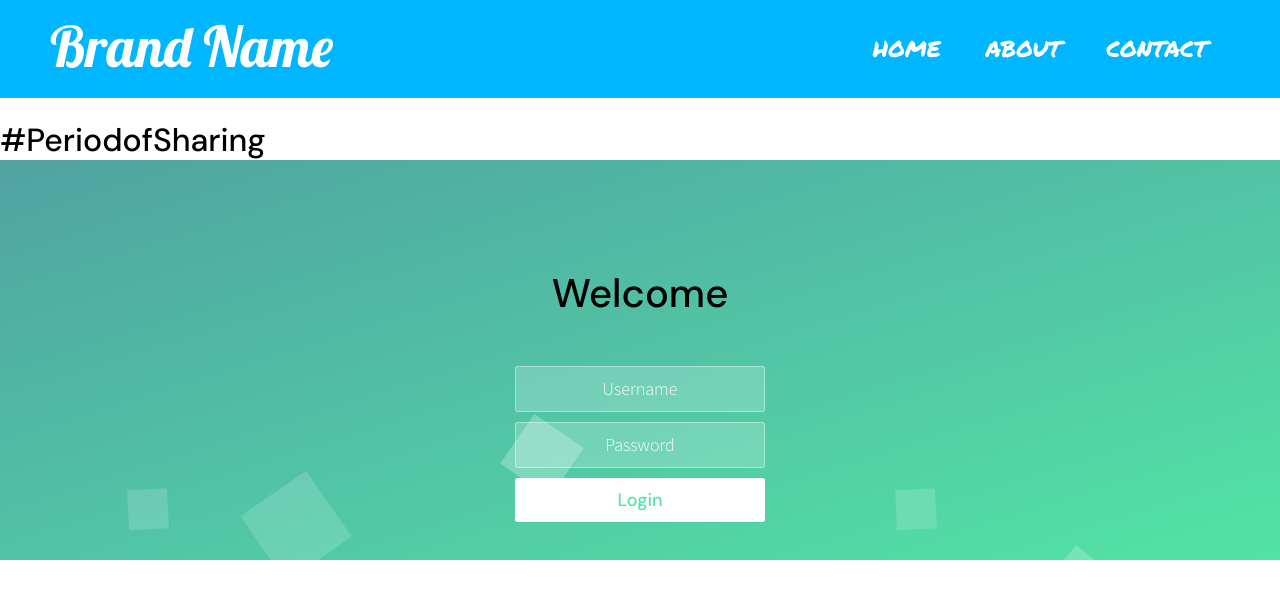
Repository: Jrap-bit/PeriodofSharing
Page: index.html
An editor plug-in stored every save of this project. The page is shown before and after the next save, followed by the edit.
The browser window is 1280 px wide. The pictures show the whole page.

Above is the page before, as saved 2022-01-13 23:56:57.

### index.html
<!DOCTYPE html>
<html lang="en">
  <head>
    <meta charset="UTF-8" />
    <meta http-equiv="X-UA-Compatible" content="IE=edge" />
    <meta name="viewport" content="width=device-width, initial-scale=1.0" />
    <link rel="stylesheet" href="style.css" />
    <title>#PeriodofSharing</title>
  </head>
  <body>
    <nav class="navbar">
      <div class="brand-title">Brand Name</div>
      <a href="#" class="toggle-button">
        <span class="bar"></span>
        <span class="bar"></span>
        <span class="bar"></span>
      </a>
      <div class="navbar-links">
        <ul>
          <li><a href="#Home">HOME</a></li>
          <li><a href="#About">ABOUT</a></li>
          <li><a href="#Contact">CONTACT</a></li>
        </ul>
      </div>
    </nav>
    <div id="Home" class="home">
      <h1>#PeriodofSharing</h1>
      <p>
        For every 30 Rupees that you donate, we will purchase one packet of sofy
        sanitary napkins that contain 8 pads. This packet of sanitary napkins
        will be distributed for free to girls in Govt. schools, slums,
        orphanages in the age group of 12 to 20.
      </p>
      <div>
        <button class="donate-button" href="Donate.html">Donate</button>
      </div>
    </div>
    <div id="About" class="about">
      <p>
        At any given time, girls across India cannot afford sanitary napkins.
        Instead they use cloth, grass, newspapers and other unhygienic materials
        that increase their risk of contracting infections. It is estimated that
        over 80% of all women in India do not have access to sanitary products
        during menstruation.
      </p>
      <p>
        Female menstruation is still considered a social taboo and as such, 9
        out of 10 girls are unaware of their menstrual cycles. The ones who are
        aware of it are not open to talking about it.
      </p>
      <p>
        Those who purchase their own sanitary products are all too familiar with
        their products being wrapped in paper to “shield” the public from any
        knowledge of the existence of a period.
      </p>
      <p>
        Our mission is to raise awareness on gender issues and bring it out in
        the open. Through our programs, we teach young girls that their
        menstrual cycles are natural, a sign of good reproductive health and is
        something they have in common with girls in countries worldwide!
        Furthermore, we hold sessions with the mothers of the girls to bring the
        topic of menstruation out into the open, allow them to ask questions and
        look at menstruation for the natural and healthy process it is.
      </p>
    </div>
    <div class = "contact" id = "Contact">
        <div class="wrapper">
            <div class="container">
                <h1>Welcome</h1>

                <form class="form">
                    <input type="text" placeholder="Username">
                    <input type="password" placeholder="Password">
                    <button type="submit" id="login-button">Login</button>
                </form>
            </div>

            <ul class="bg-bubbles">
                <li></li>
                <li></li>
                <li></li>
                <li></li>
                <li></li>
                <li></li>
                <li></li>
                <li></li>
                <li></li>
                <li></li>
            </ul>
        </div>
    </div>
  </body>
</html>

### style.css
@import url('https://fonts.googleapis.com/css2?family=DM+Sans:wght@500&display=swap');
@import url('https://fonts.googleapis.com/css2?family=Bebas+Neue&family=Lobster&family=Permanent+Marker&display=swap');
@import url('https://fonts.googleapis.com/css?family=Source+Sans+Pro:200,300');


* {
    box-sizing: border-box;
    font-family: 'DM Sans', sans-serif;
    font-weight: 300;
}

body {
    margin: 0;
    padding: 0;
    font-family: 'Source Sans Pro', sans-serif;
	 color: black;
	 font-weight: 300;
}

body ::-webkit-input-placeholder {
    font-family: 'Source Sans Pro', sans-serif;
    color: white;
    font-weight: 300;
}
body :-moz-placeholder {
    font-family: 'Source Sans Pro', sans-serif;
    color: white;
    opacity: 1;
    font-weight: 300;
}
body ::-moz-placeholder {
    font-family: 'Source Sans Pro', sans-serif;
    color: white;
    opacity: 1;
    font-weight: 300;
}
body :-ms-input-placeholder {
    font-family: 'Source Sans Pro', sans-serif;
    color: white;
    font-weight: 300;
}
.wrapper {
    background: #50a3a2;
    background: -webkit-linear-gradient(top left,#50a3a2 0%,#53e3a6 100%);
    background: -moz-linear-gradient(top left,#50a3a2 0%,#53e3a6 100%);
    background: -o-linear-gradient(top left,#50a3a2 0%,#53e3a6 100%);
    background: linear-gradient(to bottom right,#50a3a2 0%,#53e3a6 100%);
    position: absolute;
    top: 50%;
    left: 0;
    width: 100%;
    height: 400px;
    margin-top: -200px;
    overflow: hidden;
}
.wrapper.form-success .container h1 {
    transform: translateY(85px);
}
.container {
    max-width: 600px;
    margin: 0 auto;
    padding: 80px 0;
    height: 400px;
    text-align: center;
}
.container h1 {
    font-size: 40px;
    transition-duration: 1s;
    transition-timing-function: ease-in-put;
    font-weight: 200;
}
form {
    padding: 20px 0;
    position: relative;
    z-index: 2;
}
form input {
    display: block;
    appearance: none;
    outline: 0;
    border: 1px solid rgba(255,255,255,0.4);
    background-color: rgba(255,255,255,0.2);
    width: 250px;
    border-radius: 3px;
    padding: 10px 15px;
    margin: 0 auto 10px auto;
    text-align: center;
    font-size: 18px;
    color: white;
    transition-duration: 0.25s;
    font-weight: 300;
}
form input:hover {
    background-color: rgba(255,255,255,0.4);
}
form input:focus {
    background-color: white;
    width: 300px;
    color: #53e3a6;
}
form button {
    appearance: none;
    outline: 0;
    background-color: white;
    border: 0;
    padding: 10px 15px;
    color: #53e3a6;
    border-radius: 3px;
    width: 250px;
    cursor: pointer;
    font-size: 18px;
    transition-duration: 0.25s;
}
form button:hover {
    background-color: #f5f7f9;
}
.bg-bubbles {
    position: absolute;
    top: 0;
    left: 0;
    width: 100%;
    height: 100%;
    z-index: 1;
}
.bg-bubbles li {
    position: absolute;
    list-style: none;
    display: block;
    width: 40px;
    height: 40px;
    background-color: rgba(255,255,255,0.15);
    bottom: -160px;
    -webkit-animation: square 25s infinite;
    animation: square 25s infinite;
    -webkit-transition-timing-function: linear;
    transition-timing-function: linear;
}
.bg-bubbles li:nth-child(1) {
    left: 10%;
}
.bg-bubbles li:nth-child(2) {
    left: 20%;
    width: 80px;
    height: 80px;
    animation-delay: 2s;
    animation-duration: 17s;
}
.bg-bubbles li:nth-child(3) {
    left: 25%;
    animation-delay: 4s;
}
.bg-bubbles li:nth-child(4) {
    left: 40%;
    width: 60px;
    height: 60px;
    animation-duration: 22s;
    background-color: rgba(255,255,255,0.25);
}
.bg-bubbles li:nth-child(5) {
    left: 70%;
}
.bg-bubbles li:nth-child(6) {
    left: 80%;
    width: 120px;
    height: 120px;
    animation-delay: 3s;
    background-color: rgba(255,255,255,0.2);
}
.bg-bubbles li:nth-child(7) {
    left: 32%;
    width: 160px;
    height: 160px;
    animation-delay: 7s;
}
.bg-bubbles li:nth-child(8) {
    left: 55%;
    width: 20px;
    height: 20px;
    animation-delay: 15s;
    animation-duration: 40s;
}
.bg-bubbles li:nth-child(9) {
    left: 25%;
    width: 10px;
    height: 10px;
    animation-delay: 2s;
    animation-duration: 40s;
    background-color: rgba(255,255,255,0.3);
}
.bg-bubbles li:nth-child(10) {
    left: 90%;
    width: 160px;
    height: 160px;
    animation-delay: 11s;
}
@-webkit-keyframes square {
    0% {
        transform: translateY(0);
   }
    100% {
        transform: translateY(-700px) rotate(600deg);
   }
}
@keyframes square {
    0% {
        transform: translateY(0);
   }
    100% {
        transform: translateY(-700px) rotate(600deg);
   }
}

html{
    scroll-behavior: smooth;
}

.navbar{
    display: flex;
    justify-content: space-between;
    align-items: center;
    background-color: rgb(0, 183, 255);
    color: white;

}

.brand-title{
    font-family: 'Lobster', cursive;
    font-size: 3.5rem;
    margin: 10px 50px;
    margin-bottom: 15px;

}

.navbar-links ul{
    margin: 10px 50px 10px 50px;
    display: flex;
}

.navbar-links li {
    font-family: 'Permanent Marker', cursive;
    font-weight: bold;
    list-style: none;
    font-size: 1.4rem;

}

.navbar-links li a{
    font-family: 'Permanent Marker', cursive;
    text-decoration: none;
    color: white;
    padding: 1.4rem;
    display: block;
}

.navbar-links li:hover{
    background-color: rgb(1, 54, 75);
}

.toggle-button {
    position: absolute;
    top: .75rem;
    right: 1rem;
    display: none;
    flex-direction: column;
    justify-content: space-between;
    width: 30px;
    height: 21px;
}

.toggle-button .bar{
    height: 3px;
    width: 100%;
    background-color: white;
    border-radius: 10px;
}

@media (max-width: 800px) {
    .toggle-button{
        display: flex;
    }
    .navbar-links{
        display: none;
        width: 100%;
    }

    .navbar{
        flex-direction: column;
        align-items: flex-start;
    }

    .navbar-links ul {
        flex-direction: column;
        width: 100%;

    }

    .navbar-links li{
        text-align: center;
    }

    .navbar-links li a{
        padding: 0.5rem 1rem;
    }

    .navbar-links.active{
        display: flex;
    }

    .toggle-button:hover{
        background-color: #666;
    }
}

After the next save:
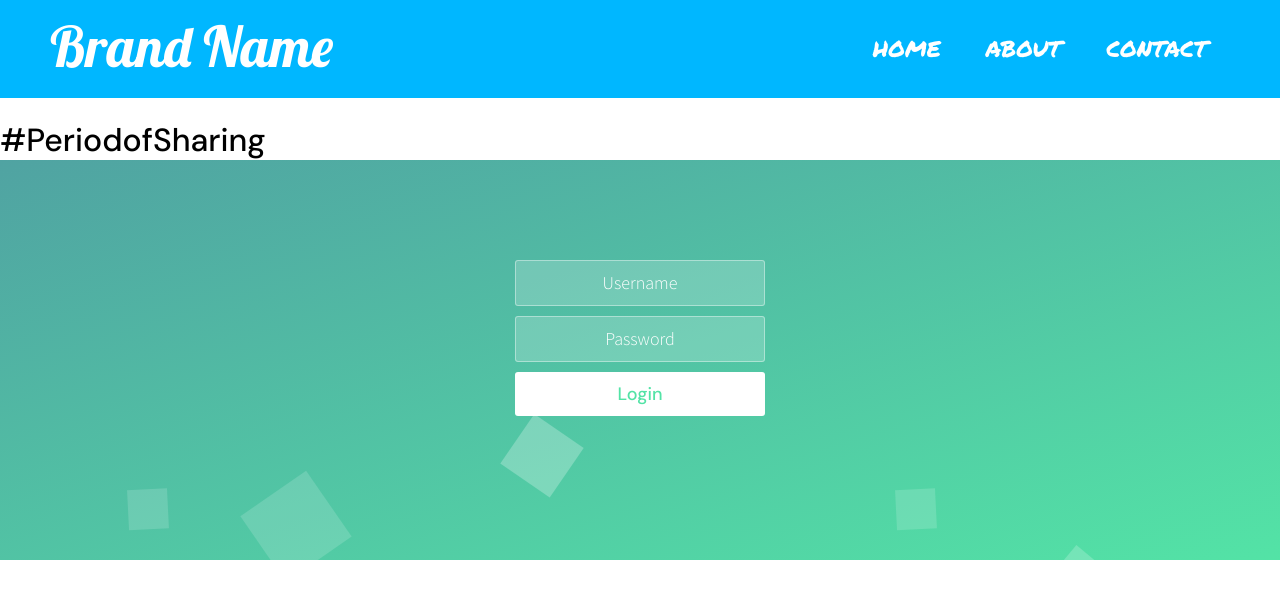
Saved 12 s later.
--- a/index.html
+++ b/index.html
@@ -66,8 +66,6 @@
     <div class = "contact" id = "Contact">
         <div class="wrapper">
             <div class="container">
-                <h1>Welcome</h1>
-
                 <form class="form">
                     <input type="text" placeholder="Username">
                     <input type="password" placeholder="Password">
